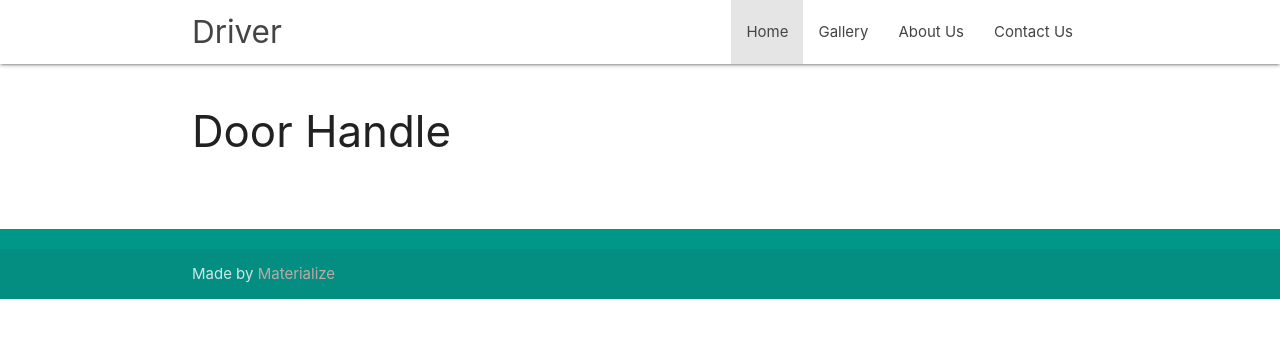
Repository: Madhav-77/Hardware-Shop
Page: http://localhost/home/gallery
An editor plug-in stored every save of this project. The page is shown before and after the next save, followed by the edit.
The browser window is 1280 px wide. The pictures show the whole page.
Some web libraries are served in a nearby version. The page is served by the project's Laravel application, run on PHP 8.4 with Laravel 8.

Above is the page before, as saved 2019-06-21 22:32:18.
Console error: TypeError: Cannot read properties of undefined (reading 'top')

After the next save:
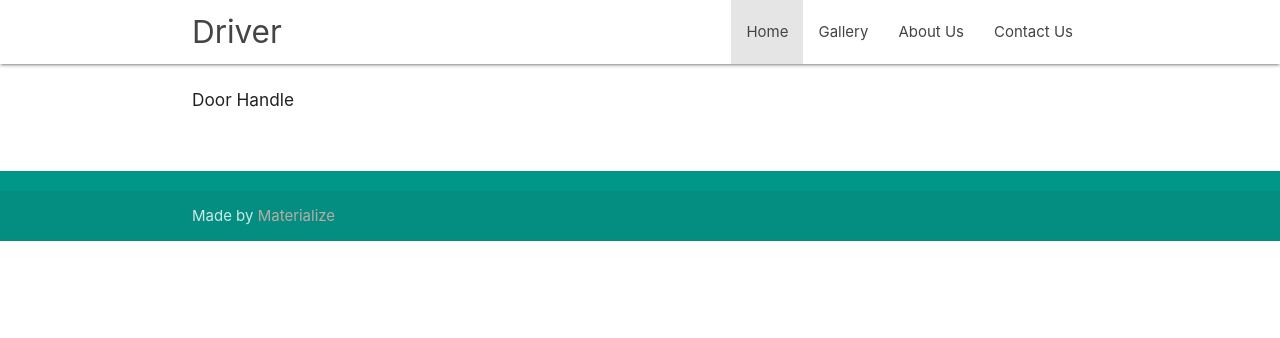
Saved 23 s later.
--- a/resources/views/gallery.blade.php
+++ b/resources/views/gallery.blade.php
@@ -42,7 +42,7 @@
     <div class="container">
         <div class="section">
             <div class="row">
-                <h3 align="left" style="color:rgba(0, 0, 0, 0.87);">Door Handle</h3>
+                <h6 align="left" style="color:rgba(0, 0, 0, 0.87);">Door Handle</h6>
                 <div class="row">
 
                 </div>
